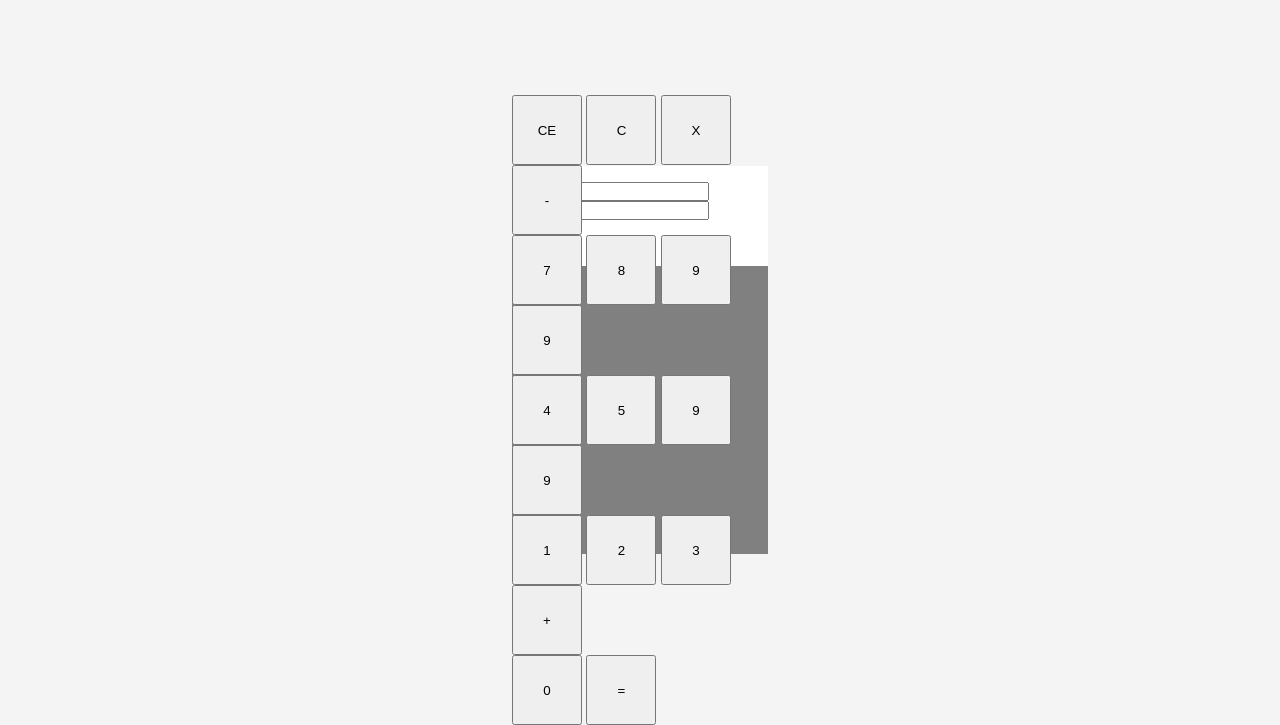
Repository: DNature/calc
Page: index.html
These files come from the project's save history. The page is drawn as it stood at one moment and after the next save; the edit follows.
The browser window is 1280 px wide. The pictures show the whole page.

Above is the page before, as saved 2019-11-20 23:52:23.

### index.html
<!DOCTYPE html>
<html lang="en">
  <head>
    <meta charset="UTF-8" />
    <meta name="viewport" content="width=device-width, initial-scale=1.0" />
    <meta http-equiv="X-UA-Compatible" content="ie=edge" />
    <link rel="stylesheet" href="css/style.css" />
    <title>Calculator</title>
  </head>
  <body>
    <div class="calculator">
      <div class="output">
        <input type="number" id="subField" />
        <input type="number" id="mainField" />
      </div>

      <div class="inputs">
        <div class="row">
          <button id="" class="button">CE</button>
          <button id="" class="button">C</button>
          <button id="" class="button">X</button>
          <button id="" class="button">-</button>
        </div>
        <div class="row">
          <button id="" class="button">7</button>
          <button id="" class="button">8</button>
          <button id="" class="button">9</button>
          <button id="" class="button">9</button>
        </div>
        <div class="row">
          <button id="" class="button">4</button>
          <button id="" class="button">5</button>
          <button id="" class="button">9</button>
          <button id="" class="button">9</button>
        </div>
        <div class="row">
          <button id="" class="button">1</button>
          <button id="" class="button">2</button>
          <button id="" class="button">3</button>
          <button id="" class="button plus">+</button>
        </div>
        <div class="row equals">
          <button id="" class="button">0</button>
          <button id="" class="button">=</button>
        </div>
      </div>
    </div>
    <script src="./js/index.js"></script>
  </body>
</html>

### css/style.css
* {
  margin: 0;
  padding: 0;
  box-sizing: border-box;
}

body {
  font-family: Arial, Helvetica, sans-serif;
  background: #f4f4f4;
  height: 100vh;
  width: 100vw;
  display: grid;
  place-content: center;
}

.calculator {
  width: 20vw;
  background: white;
  display: grid;
  place-content: center;

  border-radius: 5px;
}

.output {
  height: 100px;
  padding: 1rem;
  background: white;
}

.inputs {
  background: grey;
  display: grid;
  place-content: center;
  height: 40vh;
}

.button {
  width: 70px;
  height: 70px;
}

.equal {
  display: flex;
  justify-content: space-around;
}

Loaded but not shown: js/index.js (no stored copy; drawn as an empty file)

After the next save:
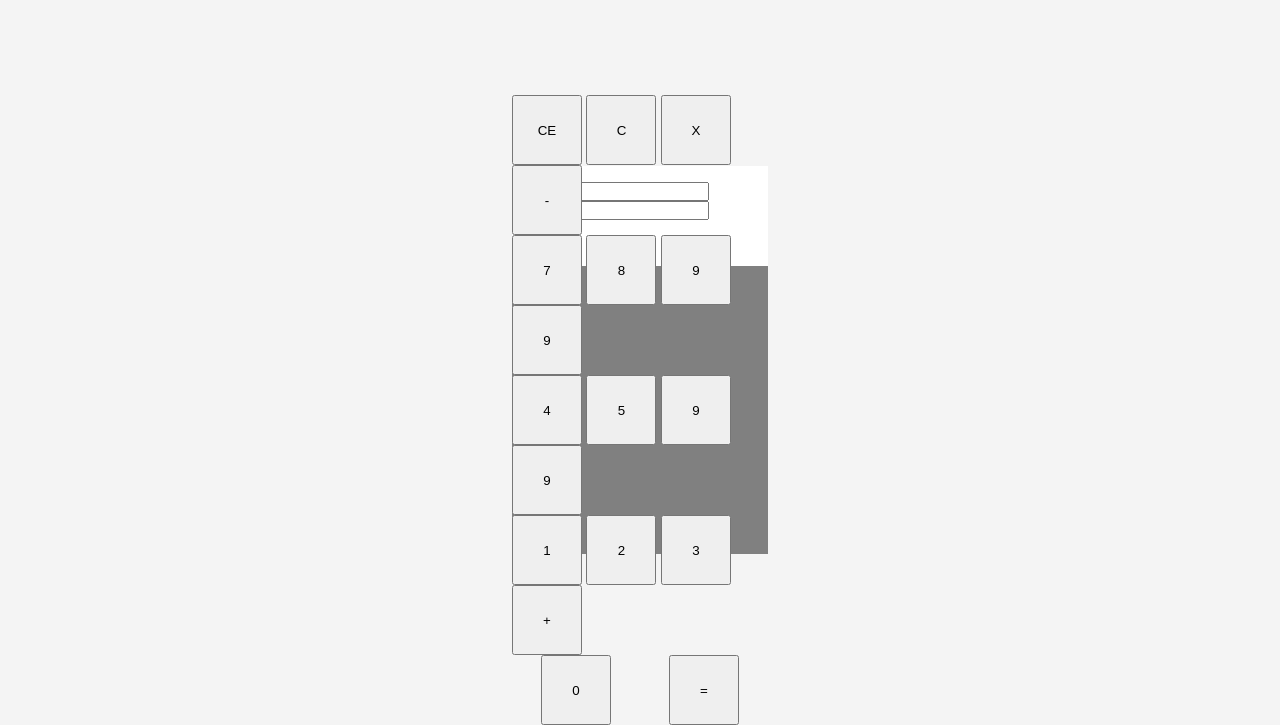
Saved 5 s later.
--- a/index.html
+++ b/index.html
@@ -39,7 +39,7 @@
           <button id="" class="button">3</button>
           <button id="" class="button plus">+</button>
         </div>
-        <div class="row equals">
+        <div class="row equal">
           <button id="" class="button">0</button>
           <button id="" class="button">=</button>
         </div>
